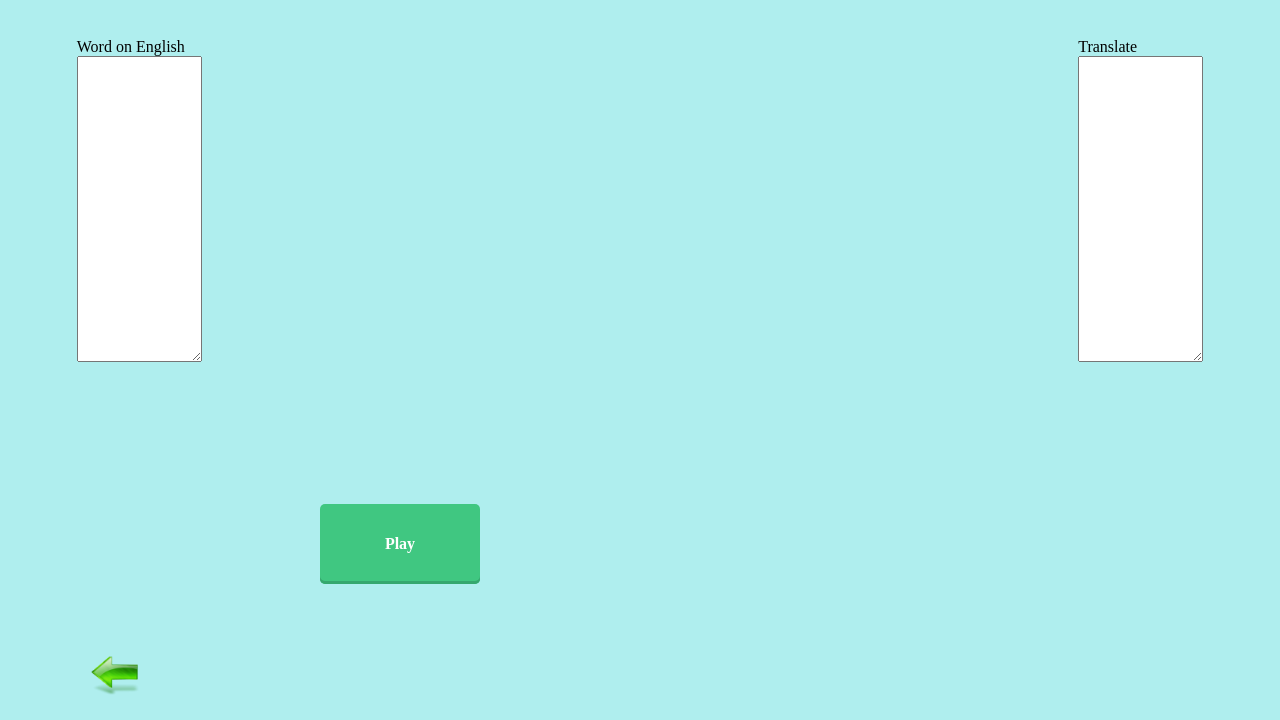
Repository: Artem-Brunov/msu_prac
Page: workspace/BasicUI/FastPlay.html
An editor plug-in stored every save of this project. The page is shown before and after the next save, followed by the edit.
The browser window is 1280 px wide. The pictures show the whole page.

Above is the page before, as saved 2017-11-20 05:47:24.

### workspace/BasicUI/FastPlay.html
<!DOCTYPE html>
<html>
<head>
    <meta charset="utf-8" />
    <meta name="viewport" content="width=device-width, initial-scale=1.0, maximum-scale=1.0">
    <meta name="description" content="Tizen Mobile Web Basic Template" />

    <title>Tizen Mobile Web Basic Application</title>

	<link rel="stylesheet" type="text/css" href="css/style.css" />
    <link rel="stylesheet" type="text/css" href="css/NewPlaylist.css" />
</head>
<body>
	<div class = "take_1">
		<form name = "Eng">

  			<p>Word on English<br>
  				<textarea cols = "13" rows = "20" wrap = "hard" name = "EngW"></textarea>
  			</p>
  		</form>
  	</div>
  	<div class = take_2>
  		<form name = "Trnslt">
  			<p>Translate<br>
  				<textarea cols = "13" rows = "20" wrap = "hard" name = "Transl"></textarea>
  			</p>
 		</form>
 	</div>
	<div class = "FP">
		<a href = "" class = "first_button">Play</a>
	</div>
	<div class = "BBack">
			<a href = "index.html"><img src="images/Back.png" width="50"
  height="50" alt="One step back"></a>
		</div>
</body>
</html>

### workspace/BasicUI/css/style.css
html,
body {
    width: 100%;
    height: 100%;
    margin: 0 auto;
    padding: 0;
    background: PaleTurquoise;
 }
 .titl{

 	position: absolute;
 	left: 25.5%;
 	top: 10%;
 	color: Gray;
 }
 a.first_button {

	display: block;
	width: 160px;
	height: 80px;
  	line-height: 5em;
	border-radius: 5px;
 	background: rgb(64,199,129);
	box-shadow: 0 -3px rgb(53,167,110) inset;
	font-weight: 900;
  	color: white;
  	text-align: center;
  	text-decoration: none;
  	transition: 0.2s;
}
a.first_button:hover { background: rgb(53, 167, 110); }
a.first_button:active {
  background: rgb(33,147,90);
  box-shadow: 0 3px rgb(33,147,90) inset;
}
.New {
	position: absolute;
  	top: 47%;
  	left: 28%;

}
.Select {
	position: absolute;
  	top: 64%;
  	left: 28%;

}
.FastPlay {
	position: absolute;
  	top: 30%;
  	left: 28%;

}

### workspace/BasicUI/css/NewPlaylist.css
.Return {
	position: absolute;
  	top: 24%;
  	left:50%;

}
.Add {
	position: absolute;
  	top: 4%;
  	left: 50%;
}
.BBack{
	position: absolute;
  	top: 90%;
  	left: 7%;
}
.Settings{
	position: absolute;
	left: 18%;
	top: 10%;
 	color: Gray;
}
.take_1{
	position: absolute;
	left: 6%;
	top: 3%;
}
.take_2{
	position: absolute;
	right: 6%;
	top: 3%;
}
.FP{
	position: absolute;
	left: 25%;
	top: 70%;
}

After the next save:
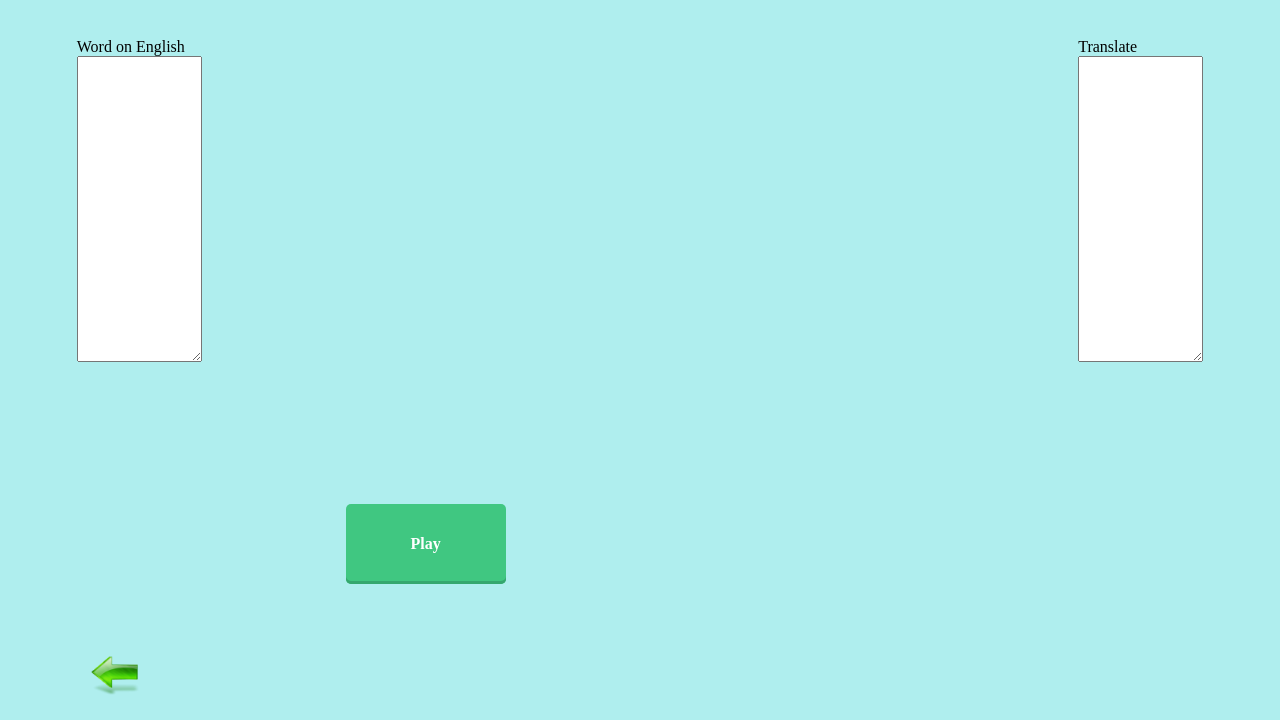
Saved 14 s later.
--- a/workspace/BasicUI/css/NewPlaylist.css
+++ b/workspace/BasicUI/css/NewPlaylist.css
@@ -32,6 +32,6 @@
 }
 .FP{
 	position: absolute;
-	left: 25%;
+	left: 27%;
 	top: 70%;
 }
